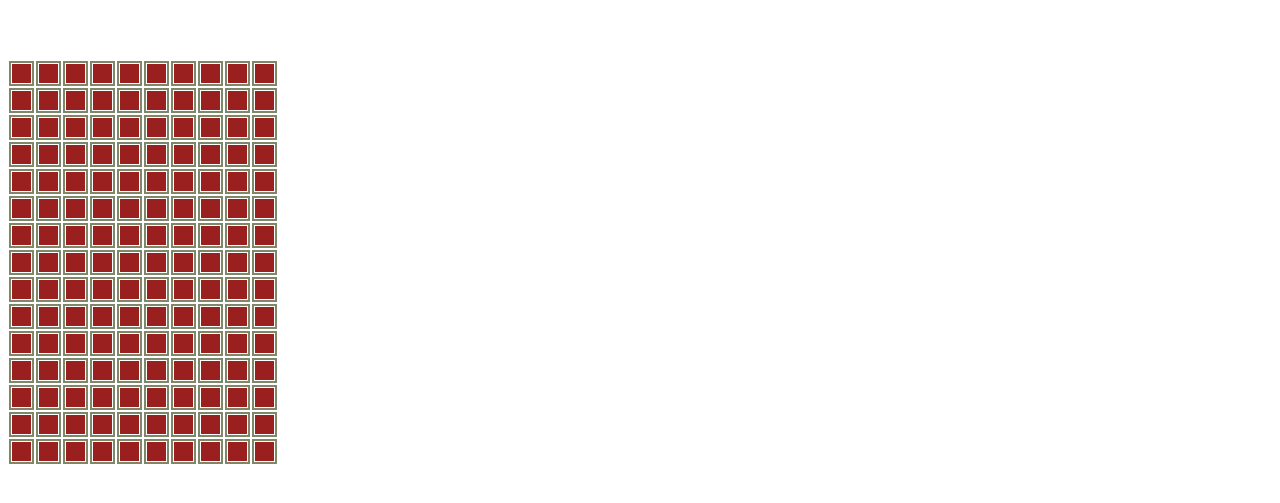
Repository: Muy-bien/Tetris
Page: /
These files come from the project's save history. The page is drawn as it stood at one moment and after the next save; the edit follows.
The browser window is 1280 px wide. The pictures show the whole page.
The project was rebuilt for these pictures with package versions that can differ from the ones it lists, and the page was loaded fresh each time. Also part of the build but not shown: vite.config.js.

Above is the page before, as saved 2021-07-24 11:33:36.

### src/App.vue
<template>
  <div>
    <Game></Game>
  </div>
</template>

<script setup>
import Game from "./components/Game.vue";
</script>

<style>
#app {
  font-family: Avenir, Helvetica, Arial, sans-serif;
  -webkit-font-smoothing: antialiased;
  -moz-osx-font-smoothing: grayscale;
  text-align: center;
  color: #2c3e50;
  margin-top: 60px;
}
</style>

### src/components/Game.vue
<template>
  <div>
    <div class="row" v-for="i in gameRow" :key="i">
      <div v-for="j in gameCol" :key="j">
        <Box></Box>
      </div>
    </div>
  </div>
</template>

<script setup>
import Box from "./Box.vue";
import {gameRow, gameCol} from '../game/index'

</script>

<style scoped>
.row {
  display: flex;
}
</style>

### src/components/Box.vue
<template>
  <div class="box">
    <div class="box-main">{{type}}</div>
  </div>
</template>

<script setup>
    const props = defineProps(['type'])
    const color = '#9a2020'
</script>

<style scoped>
.box {
  width: 25px;
  height: 25px;
  margin: 1px;
  border: 2px solid #7f876a;
  padding: 1px;
  box-sizing: border-box;
}

.box-main {
    background-color: v-bind(color);
    color: #fff;
    display: flex;
    justify-content: center;
    align-items: center;
    height: 100%;
}
</style>

### src/game/index.js
export * from './config.js'
export {map} from './map.js'
import {initMap , map} from './map.js'

initMap()

const box = {
    shape: [[1,1],[1,1]]
}
const row = box.shape.length
const col = box.shape[0].length
for(let i = 0;i < row;i++) {
    for(let j = 0;j < col;j++) {
        map[i][j] = 1
    }
}

### src/game/config.js
export const gameRow = 15
export const gameCol = 10

### src/game/map.js
import {gameRow, gameCol} from './config'
export const map = []
//init map
export function initMap() {
    for (let i = 0; i < gameRow; i++) {
        map[i] = []
        for (let j = 0; j < gameCol; j++) {
            map[i][j] = 0
        }
    }
}

Loaded but not shown: index.html (common file); src/main.js (common file)

After the next save:
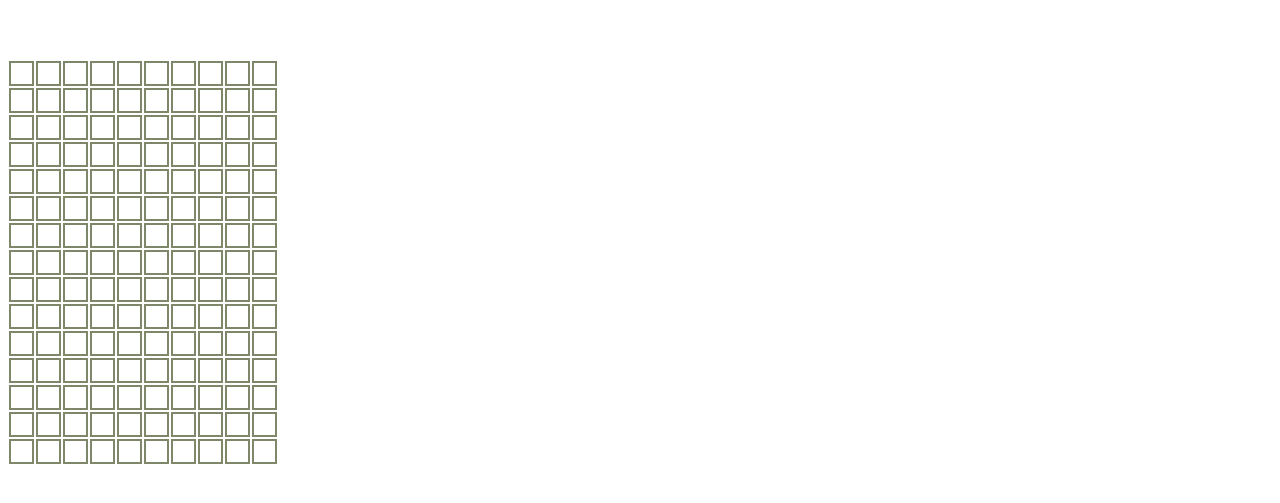
Saved 110 s later.
--- a/src/components/Box.vue
+++ b/src/components/Box.vue
@@ -6,7 +6,11 @@
 
 <script setup>
     const props = defineProps(['type'])
-    const color = '#9a2020'
+    const typeToColorMap = {
+      [0]: "#7f876a",
+      [1]: "#9a2020"
+    }
+    const color = typeToColorMap[props.type]
 </script>
 
 <style scoped>
